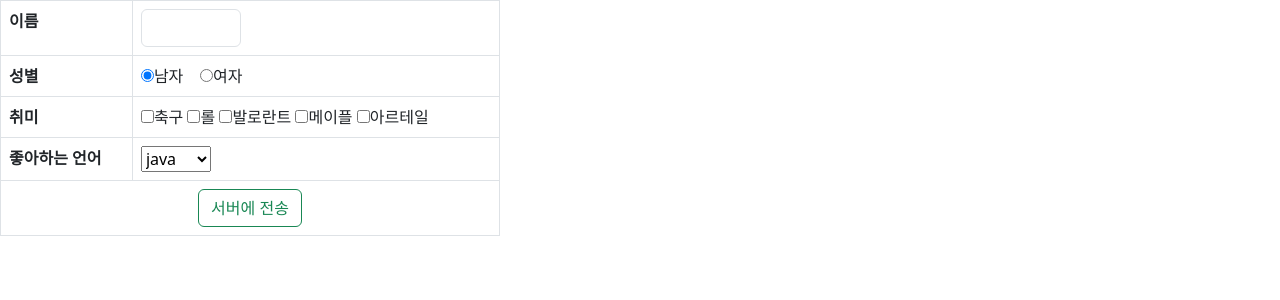
Repository: ssung2sin/sist0615_spring
Page: http://localhost/SpringMvcRead5/naver/form1
The author's editor kept a copy of each file at every save. The page is drawn from the files as they stood at one save, then again after the next save.
The browser window is 1280 px wide. The pictures show the whole page.
Some web fonts or font styles are not loaded; a fallback is used. The page is served by Tomcat 9.

Above is the page before, as saved 2023-10-10 06:30:56.

After the next save:
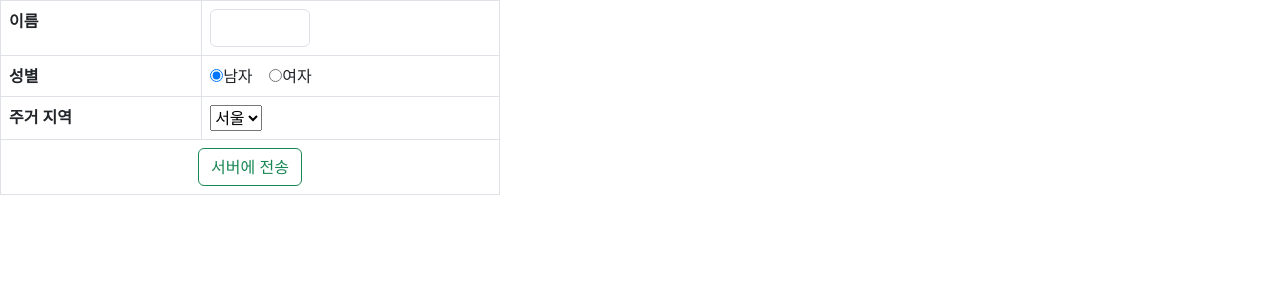
Saved 52 s later.
--- a/SpringMvcRead5/src/main/webapp/WEB-INF/day1010/form1.jsp
+++ b/SpringMvcRead5/src/main/webapp/WEB-INF/day1010/form1.jsp
@@ -27,23 +27,14 @@
 			</td>
 		</tr>
 		<tr>
-			<th>취미</th>
-			<td><input type="checkbox" value="축구" name="hobby">축구
-			<input type="checkbox" value="롤" name="hobby">롤
-			<input type="checkbox" value="발로란트" name="hobby">발로란트
-			<input type="checkbox" value="메이플" name="hobby">메이플
-			<input type="checkbox" value="아르테일" name="hobby">아르테일
-			</td>
-		</tr>
-		<tr>
-			<th>좋아하는 언어</th>
+			<th>주거 지역</th>
 			<td>
 				<select name="language">
-					<option value="java">java</option>
-					<option value="html">html</option>
-					<option value="oracle">oracle</option>
-					<option value="jsp">jsp</option>
-					<option value="spring">spring</option>
+					<option value="서울">서울</option>
+					<option value="경기">경기</option>
+					<option value="대구">대구</option>
+					<option value="부산">부산</option>
+					<option value="제주">제주</option>
 				</select>
 			</td>
 		</tr>
